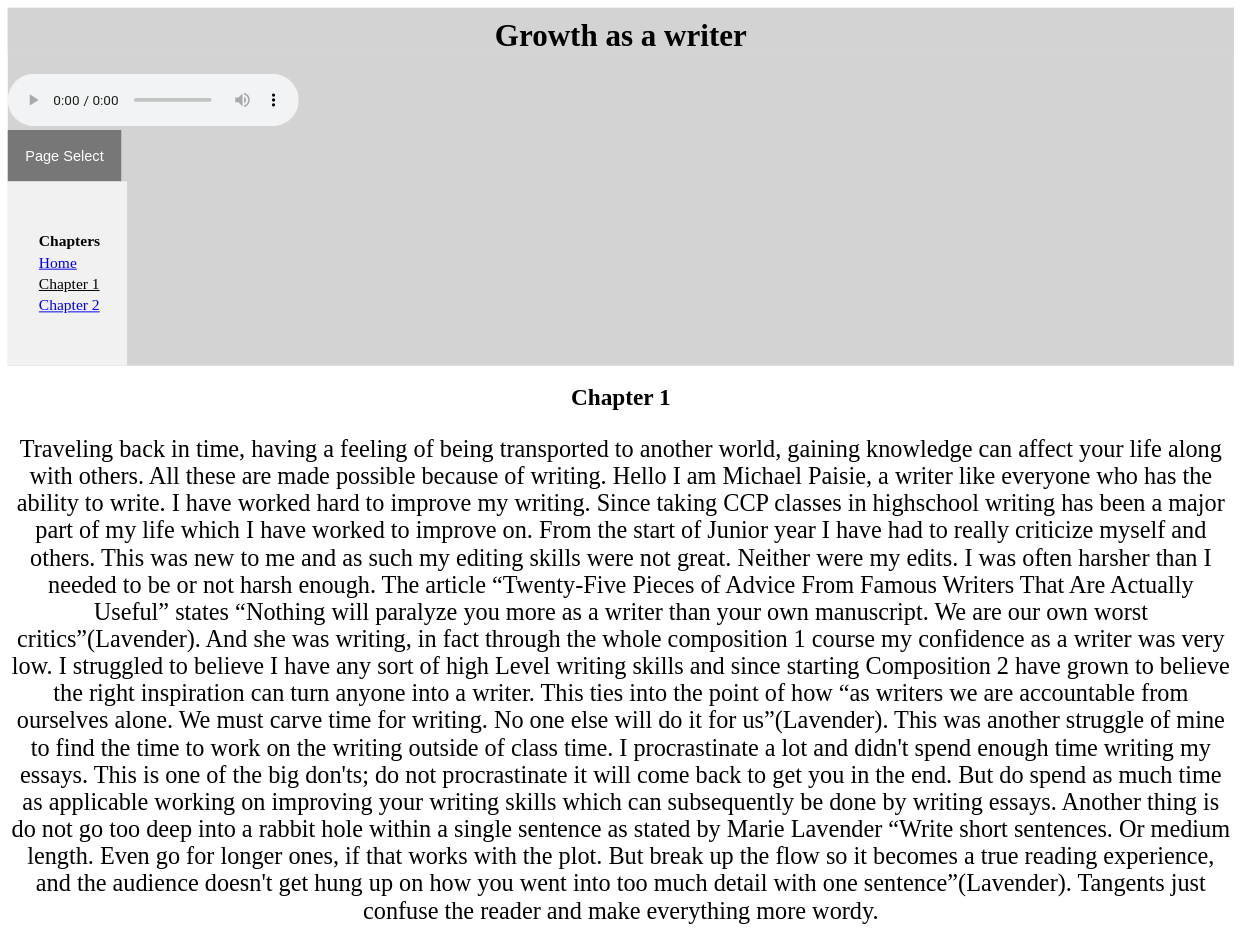
Repository: jpaisiem/WP-4
Page: Chapter1.html
These files come from the project's save history. The page is drawn as it stood at one moment and after the next save; the edit follows.
The browser window is 1280 px wide. The pictures show the whole page, at 97% of full size.

Above is the page before, as saved 2025-05-01 11:34:55.
Console error: TypeError: Cannot read properties of undefined (reading 'toggle')

### Chapter1.html
<!DOCTYPE html>
<html>
<head>
<meta name="viewport" content="width=device-width, initial-scale=1">
<style>
.collapsible {
  background-color: #777;
  color: white;
  cursor: pointer;
  padding: 18px;
  width: fit-content;
  border: none;
  text-align: left;
  outline: none;
  font-size: 15px;
}

.active, .collapsible:hover {
  background-color: #555;
}

.content {
  display: flex;
  flex-direction: column;
  overflow: hidden;
  background-color: #f1f1f1;
  width: fit-content;
  height: fit-content;
  padding-left: 2.3%;
  padding-right: 2%;
}
p
{
 font-size: 25px;
}
</style>
<title>Growth as a writer - Chapter 1</title>
</head>
<body>
    <div style="background-color: lightgray; display: flex; flex-direction: column; margin-top: 0%;">
        <h1 style="text-align: center; background-color: lightgray; padding-top: 10px; margin-top: 0%;">Growth as a writer</h1>
         <div style="align-items: center;">
        <audio controls>
            <source src="audio.mp3" type="audio/mpeg">
        </audio>
        </div>
<button type="button" class="collapsible">Page Select</button>
<div class="content">
  <p><table>
    <tr>
        <th>Chapters</th>
    </tr>
    <tr>
        <td><a href="index.html">Home</a></td>
    </tr>
    <tr>
        <td><a href="Chapter1.html" style="color: black;">Chapter 1</a></td>
    </tr>
     <tr>
        <td><a href="Chapter2.html">Chapter 2</a></td>
    </tr>
  </table></p>
</div>
    </div>
<div style="text-align: center;">
     <h2 style="text-align: center;">Chapter 1</h2>
     <p>Traveling back in time, having a feeling of being transported to another world, gaining knowledge can affect your life along with others.
      All these are made possible because of writing. Hello I am Michael Paisie, a writer like everyone who has the ability to write.
      I have worked hard to improve my writing. Since taking CCP classes in highschool writing has been a major part of my life which I have worked to improve on.
      From the start of Junior year I have had to really criticize myself and others. This was new to me and as such my editing skills were not great.
      Neither were my edits. I was often harsher than I needed to be or not harsh enough.
      The article <q>Twenty-Five Pieces of Advice From Famous Writers That Are Actually Useful</q> states <q>Nothing will paralyze you more as  a writer than your own manuscript.
      We are our own worst critics</q>(Lavender). And she was writing, in fact through the whole composition 1 course my confidence as a writer was very low.
      I struggled to believe  I have any sort of high Level writing skills and since starting Composition 2 have grown to believe the right inspiration can turn anyone into a writer.
      This ties into the point of how “as writers we are accountable from ourselves alone. We must carve time for writing. No one else will do it for us”(Lavender).
      This was another struggle of mine to find the time to work on the writing outside of class time. I procrastinate a lot and didn't spend enough time writing my essays.
      This is one of the big don'ts; do not procrastinate it will come back to get you in the end.
      But do spend as much time as applicable working on improving your writing skills which can subsequently be done by writing essays.
      Another thing is do not go too deep into a rabbit hole within a single sentence as stated by Marie Lavender “Write short sentences. Or medium length.
      Even go for longer ones, if that works with the plot.
      But break up the flow so it becomes a true reading experience, and the audience doesn't get hung up on how you went into too much detail with one sentence”(Lavender).
      Tangents just confuse the reader and make everything more wordy.</p>
</div>
<script>
var coll = document.getElementsByClassName("collapsible");
var i;

for (i = 0; i < coll.length; i++) {
  coll[i].addEventListener("click", function() {
    this.classList.toggle("active");
    var content = this.nextElementSibling;
    if (content.style.display === "block") {
      content.style.display = "none";
    } else {
      content.style.display = "block";
    }
  });
}
if(location.reload){
    this.classList.toggle("collapsible");
}
</script>

</body>
</html>

After the next save:
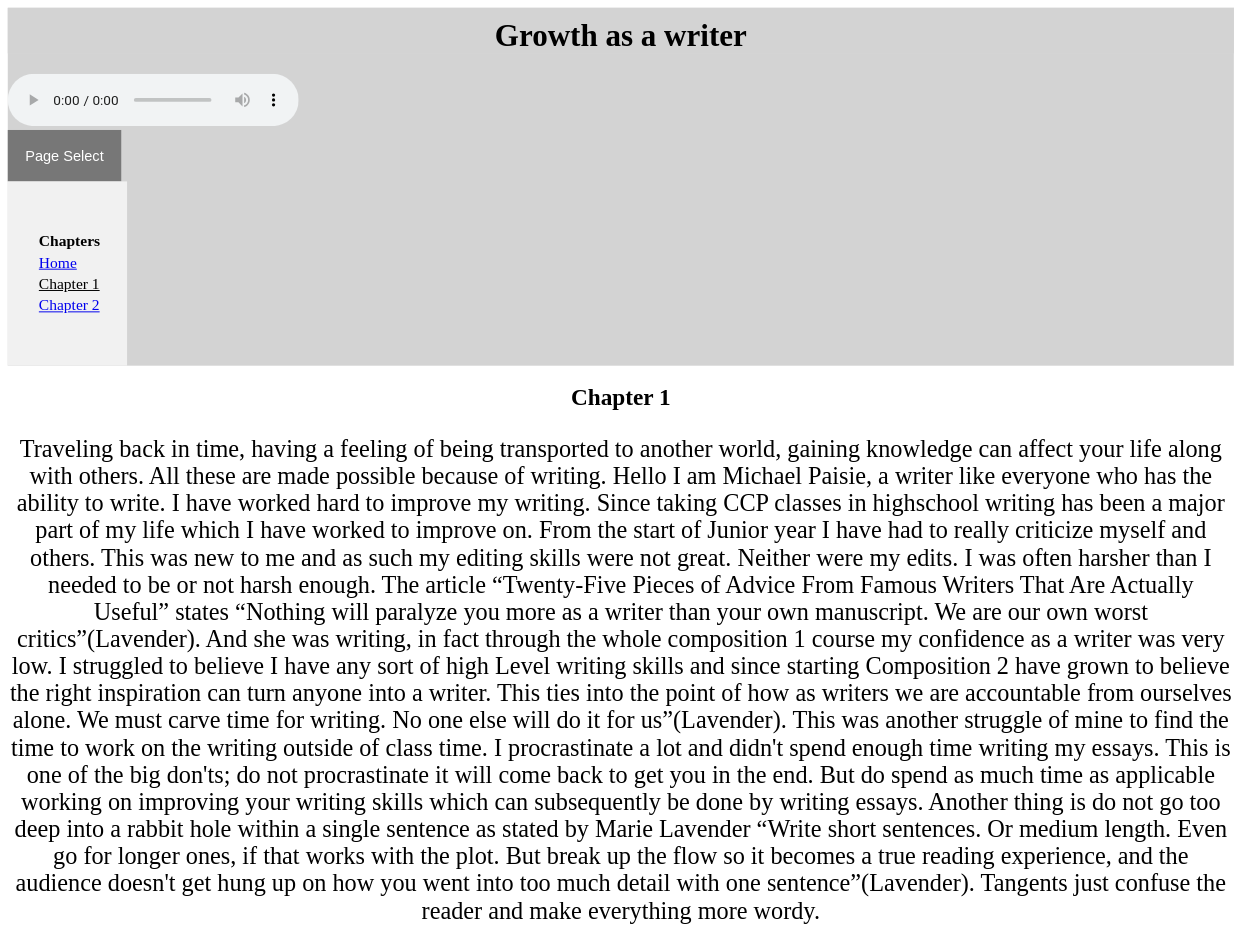
Saved 6 s later.
--- a/Chapter1.html
+++ b/Chapter1.html
@@ -72,7 +72,7 @@
       The article <q>Twenty-Five Pieces of Advice From Famous Writers That Are Actually Useful</q> states <q>Nothing will paralyze you more as  a writer than your own manuscript.
       We are our own worst critics</q>(Lavender). And she was writing, in fact through the whole composition 1 course my confidence as a writer was very low.
       I struggled to believe  I have any sort of high Level writing skills and since starting Composition 2 have grown to believe the right inspiration can turn anyone into a writer.
-      This ties into the point of how “as writers we are accountable from ourselves alone. We must carve time for writing. No one else will do it for us”(Lavender).
+      This ties into the point of how </q>as writers we are accountable from ourselves alone. We must carve time for writing. No one else will do it for us”(Lavender).
       This was another struggle of mine to find the time to work on the writing outside of class time. I procrastinate a lot and didn't spend enough time writing my essays.
       This is one of the big don'ts; do not procrastinate it will come back to get you in the end.
       But do spend as much time as applicable working on improving your writing skills which can subsequently be done by writing essays.

After the save that followed:
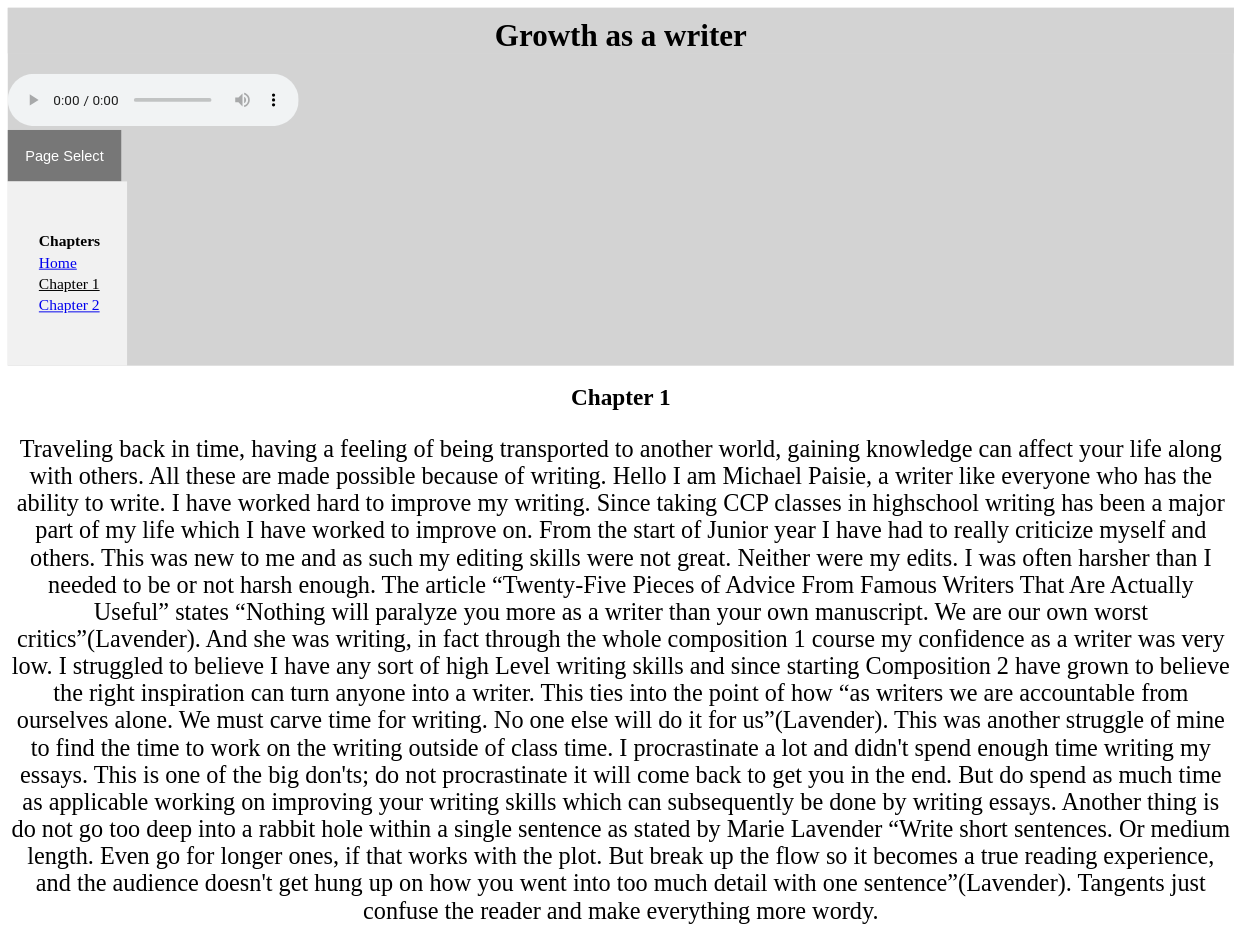
Saved 7 s later.
--- a/Chapter1.html
+++ b/Chapter1.html
@@ -72,7 +72,7 @@
       The article <q>Twenty-Five Pieces of Advice From Famous Writers That Are Actually Useful</q> states <q>Nothing will paralyze you more as  a writer than your own manuscript.
       We are our own worst critics</q>(Lavender). And she was writing, in fact through the whole composition 1 course my confidence as a writer was very low.
       I struggled to believe  I have any sort of high Level writing skills and since starting Composition 2 have grown to believe the right inspiration can turn anyone into a writer.
-      This ties into the point of how </q>as writers we are accountable from ourselves alone. We must carve time for writing. No one else will do it for us”(Lavender).
+      This ties into the point of how <q>as writers we are accountable from ourselves alone. We must carve time for writing. No one else will do it for us</q>(Lavender).
       This was another struggle of mine to find the time to work on the writing outside of class time. I procrastinate a lot and didn't spend enough time writing my essays.
       This is one of the big don'ts; do not procrastinate it will come back to get you in the end.
       But do spend as much time as applicable working on improving your writing skills which can subsequently be done by writing essays.
